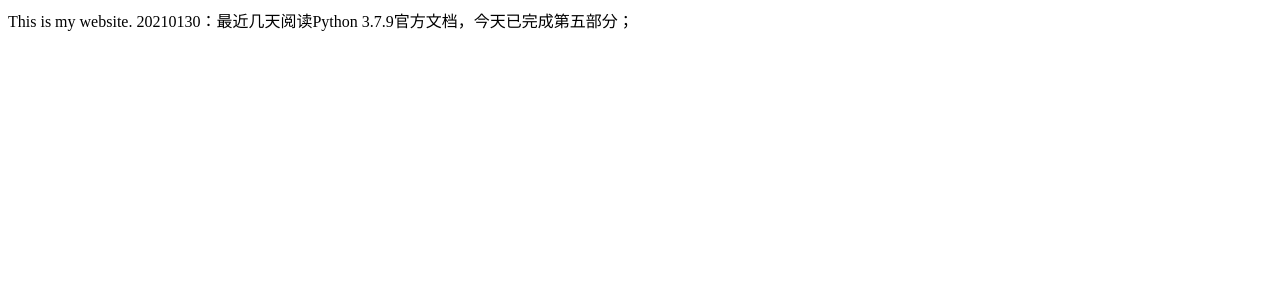
Repository: wangjitao1024/wangjitao1024.github.io
Page: index.html
An editor plug-in stored every save of this project. The page is shown before and after a run of saves, followed by the edit.
The browser window is 1280 px wide. The pictures show the whole page.

Above is the page before, as saved 2021-01-30 18:46:44.

### index.html
<!DOCTYPE html>
<html lang = 'en'>
<head>
    <meta charset="UTF-8">
    <title>在github上搭建博客</title>
</head>

<body>
    This is my website.
    20210130：最近几天阅读Python 3.7.9官方文档，今天已完成第五部分；
</body>
</html>

After the next 3 saves:
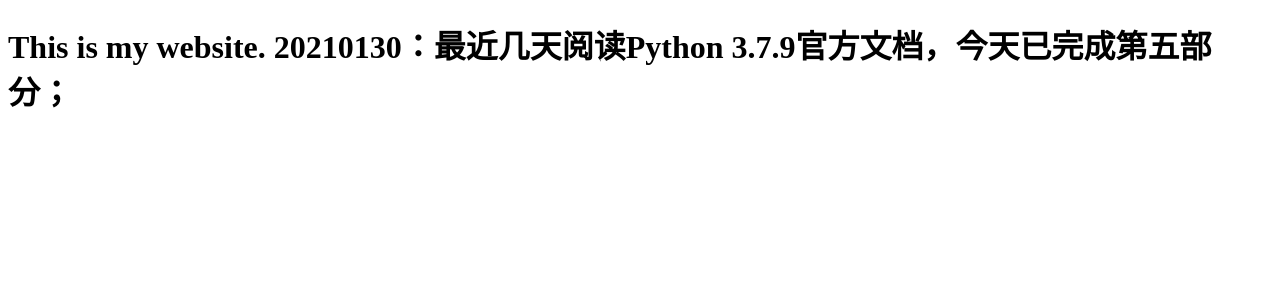
The 3 saves are shown as one change because they came seconds apart.
The last was saved 2 min 9 s later.
--- a/index.html
+++ b/index.html
@@ -6,7 +6,7 @@
 </head>
 
 <body>
-    This is my website.
+    <h1>This is my website.
     20210130：最近几天阅读Python 3.7.9官方文档，今天已完成第五部分；
 </body>
 </html>
